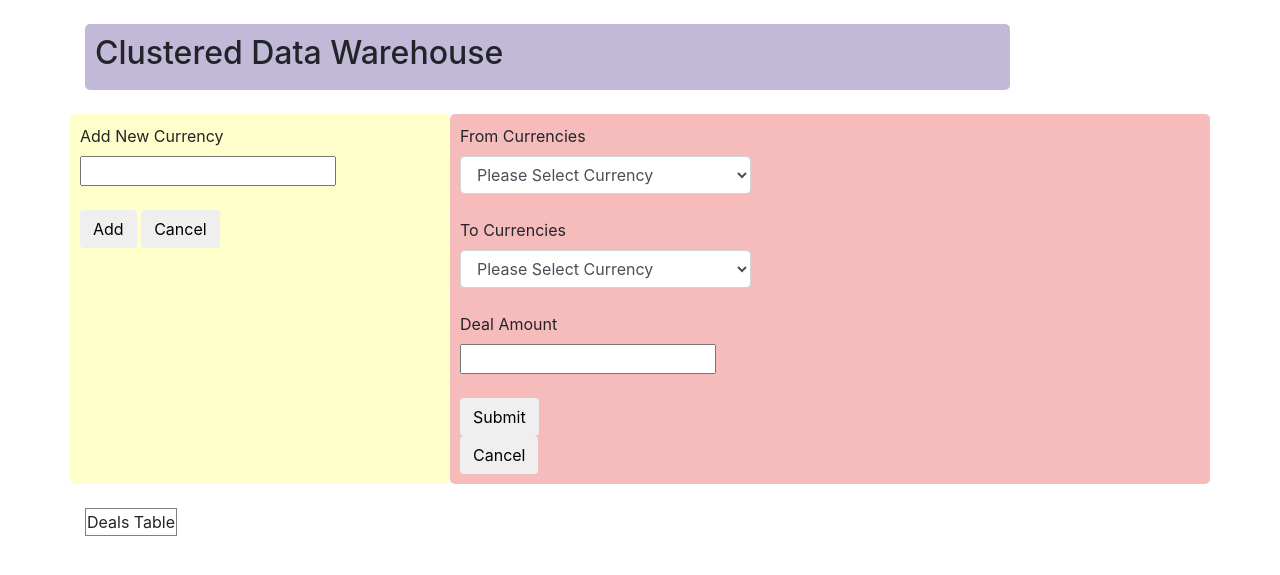
Repository: AlhassanAbuGhazaleh/ProgressSoftProject
Page: http://localhost/Clustered_Data__Alhasan_Abu_Ghazaleh_/WEB-INF/views/home.jsp
These files come from the project's save history. The page is drawn as it stood at one moment and after the next save; the edit follows.
The browser window is 1280 px wide. The pictures show the whole page.
The page is served by Tomcat 9. Nobody is signed in. The template is opened directly, without the code that normally fills it, so the values that code supplies are empty.

Above is the page before, as saved 2020-10-10 08:34:58.
Console error: ReferenceError: $ is not defined

After the next save:
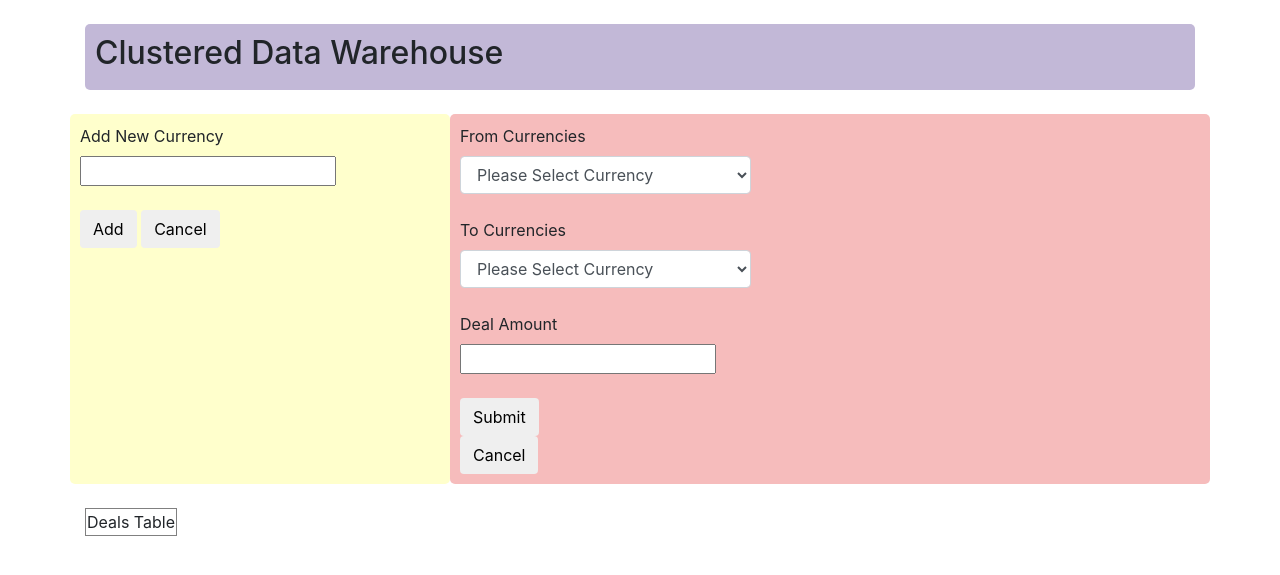
Saved 10 s later.
--- a/Clustered Data (Alhasan Abu Ghazaleh)/src/main/webapp/WEB-INF/views/home.jsp
+++ b/Clustered Data (Alhasan Abu Ghazaleh)/src/main/webapp/WEB-INF/views/home.jsp
@@ -27,7 +27,7 @@
 <body>
 	<br>
 	<div class="container">
-		<div class="col-sm-10"
+		<div class="col-sm-12"
 			style="border-radius: 5px; background-color: #C2B8D7; padding: 10px;">
 			<div style="align-content: center">
 				<h2>Clustered Data Warehouse</h2>
